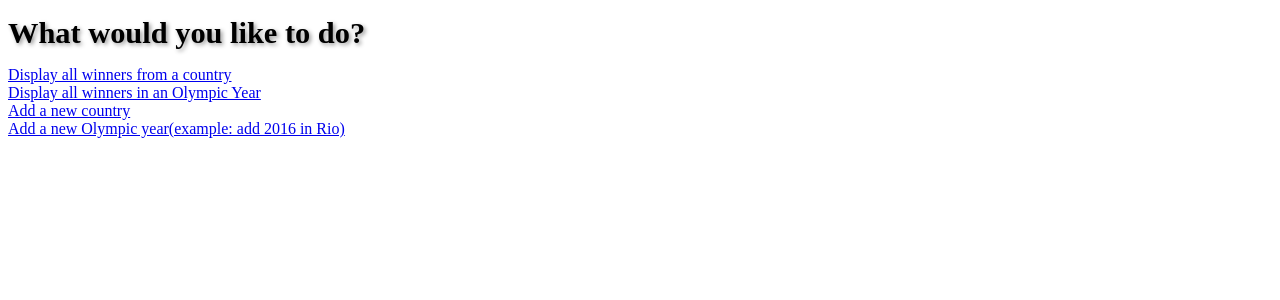
Repository: dudleydalton/Midterm
Page: http://localhost/
The author's editor kept a record of every edit. The page is drawn from the files as they stood at one moment, then again after the next edit.
The browser window is 1280 px wide. The pictures show the whole page.
The page is run by PHP 8.4 with error messages shown; the project is at /var/www/html/. Queries for data that is not in the repository find no rows.

Above is the page before.

### index.php
<!DOCTYPE html>
<html>
    <head>
        <title>Midterm</title>
        <link rel="stylesheet" type="text/css" href="main.css" />
    </head>
<body>
<?php
    $servername = "localhost";
    $username = 'siteuser';
    $password = 'mypass';
    $dbname="Olympics";

    //create connection
    $conn = new mysqli($servername, $username, $password, $dbname);

    //check connection
    if ($conn->connect_error) {
     die("Connection failed: " . $conn->connect_error);
    }

    //create the query to get the categories
    $query = "SELECT semester FROM course";
    $result = $conn->query($query);

    //Create dropdown list
    ?>
    <h2>What would you like to do?</h2>
    <a href="DisplayCountryWinners.php">Display all winners from a country</a>
    <br>
    <a href="DisplayWinnersYear.php">Display all winners in an Olympic Year</a>
    <br>
    <a href="AddCountry.php">Add a new country</a></option>
    <br>
    <a href="AddYear.php">Add a new Olympic year(example: add 2016 in Rio)</a>
    <br>
        <?php


        if(isset($_POST['semesterChosen']))
        {
        $semesterChosen = $_POST['semesterChosen'];
        $subjectChosen = $_POST['subjectChosen'];

        //dont have to specify which table every time
        //$query = "SELECT * FROM course
        //WHERE course.semester = '$semesterChosen'
        //AND coursesubject ='$subjectChosen'";

        //retrieve all classes
        $query = "SELECT * FROM course
        WHERE semester = '$semesterChosen'
        AND subject ='$subjectChosen'";
        $classes = $conn->query($query);

        //retrieve all instructors
        $query = "SELECT * FROM instructor";
        $instructors = $conn->query($query);

        //retrieve all rooms
        $query = "SELECT * FROM room";
        $rooms = $conn->query($query);

        //retrieve all schedules
        $query = "SELECT * FROM schedule";
        $schedule = $conn->query($query);

        echo "<br>";

        ?>
            <?php

            if ($classes->num_rows > 0) {
                // output data of each row
                while($row = $classes->fetch_assoc() and $row2 = $instructors->fetch_assoc() and $row3 = $rooms->fetch_assoc() and $row4 = $schedule->fetch_assoc()) {
                    ?>
                    <table>
                    <tr>
                        <td colspan='7' id="tdfirst"><?php echo $row["subject"]. " ".$row["courseNum"]; ?></td>
                    </tr>
                    <tr>
                        <td id="td1" colspan='7'><?php echo $row["courseName"]; ?> </td>
                    </tr>
                    <tr>
                        <td id="td1" colspan='7'><?php echo "Credits: 3"; ?></td>
                    </tr>
                    <tr>
                        <td id ="td2" colspan='7'><?php echo $row["description"]; ?> </td>
                    </tr>
                    <tr>
                        <th>CRN</th>
                        <th>Section</th>
                        <th>Day</th>
                        <th>Time</th>
                        <th>Location</th>
                        <th>Instructor</th>
                        <th>Begin/End <br> Dates</th>

                    </tr>
                    <tr>
                        <th><?php echo $row["CRN"]; ?></th>
                        <td><?php echo $row["sectionID"]; ?></td>



                        <?php
                        //Print the days and start and end time
                        $CRNCheck = $row["CRN"];
                        //$newquery = "SELECT schedule.* FROM schedule WHERE schedule.courseScheduleID = '$CRNCheck'";
                        $newquery = "SELECT * FROM schedule WHERE schedule.courseScheduleID = '$CRNCheck'";
                        $result = $conn->query($newquery);
                        $row7 = $result->fetch_assoc();
                        ?>
                        <td><?php echo $row7["days"]?></td>

                        <td><?php echo $row7["startTime"]. " - " . $row7["endTime"]; ?></td>

                        <?php
                        //Print the room number and building
                        $check = $row["courseNum"];
                        //$newquery = "SELECT room.* FROM room WHERE room.courseRoom = '$check'";
                        $newquery = "SELECT * FROM room WHERE room.courseRoom = '$check'";
                        $result = $conn->query($newquery);
                        $row5 = $result->fetch_assoc();
                        ?>
                        <td><?php echo $row5["building"]. "-" . $row5["roomNum"]; ?></td>

                        <?php
                        //Print the instructor and the start and end date
                        //$newquery = "SELECT instructor.* FROM instructor WHERE instructor.classTaught = '$check'";
                        $newquery = "SELECT * FROM instructor WHERE instructor.classTaught = '$check'";
                        $result = $conn->query($newquery);
                        $row6 = $result->fetch_assoc();
                        ?>
                        <td><?php echo $row6["lastName"]. ", " . $row6["firstName"]. "<br>" .$row6["initial"]; ?></td>
                        <td><?php echo $row7["startDate"]. " - " . $row7["endDate"]; ?></td>
                    </tr>
                    </table>
                    <?php
                    echo "<br>" . "<br>" . "<br>";
                }
                }else {
                    echo "There is no classes for that subject on the selected semester.";
            }
        }
$conn->close();
?>
</body>
</html>

### main.css
table {
    border: 1px solid black;
    border-collapse: collapse;
}


th {
    border: 1px solid black;
    padding: .2em .5em .2em .5em;
    vertical-align: top;
    color: black;
    text-align: center;
    vertical-align: middle;
    font-size: 110%;
}
td {
    border: 1px solid black;
    padding: .2em .5em .2em .5em;
    vertical-align: middle;
    text-align: center;
}
h2 {
    font-size: 190%;
    margin: 0;
    padding: .25em 0 .5em;
    text-shadow: 2px 2px 4px #999999;
}

#td1 {
    font-weight: bold;
    text-align: left;
    padding: .2em .5em .2em .5em;
}

#td2 {
    text-align: left;
    padding: .2em .5em .2em .5em;
}
tr:nth-child(odd) {
    background: gray;
}

#tdfirst {
    font-size: 130%;
    font-weight: bold;
    text-align: left;
    vertical-align: middle;
    padding: .8em .5em .8em .5em;
}

After the next edit:
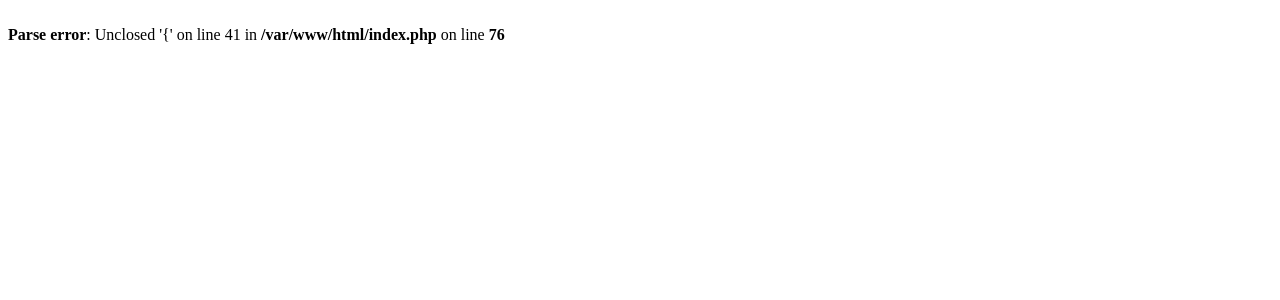
The edit:
--- a/index.php
+++ b/index.php
@@ -68,80 +68,7 @@
         echo "<br>";
 
         ?>
-            <?php
 
-            if ($classes->num_rows > 0) {
-                // output data of each row
-                while($row = $classes->fetch_assoc() and $row2 = $instructors->fetch_assoc() and $row3 = $rooms->fetch_assoc() and $row4 = $schedule->fetch_assoc()) {
-                    ?>
-                    <table>
-                    <tr>
-                        <td colspan='7' id="tdfirst"><?php echo $row["subject"]. " ".$row["courseNum"]; ?></td>
-                    </tr>
-                    <tr>
-                        <td id="td1" colspan='7'><?php echo $row["courseName"]; ?> </td>
-                    </tr>
-                    <tr>
-                        <td id="td1" colspan='7'><?php echo "Credits: 3"; ?></td>
-                    </tr>
-                    <tr>
-                        <td id ="td2" colspan='7'><?php echo $row["description"]; ?> </td>
-                    </tr>
-                    <tr>
-                        <th>CRN</th>
-                        <th>Section</th>
-                        <th>Day</th>
-                        <th>Time</th>
-                        <th>Location</th>
-                        <th>Instructor</th>
-                        <th>Begin/End <br> Dates</th>
-
-                    </tr>
-                    <tr>
-                        <th><?php echo $row["CRN"]; ?></th>
-                        <td><?php echo $row["sectionID"]; ?></td>
-
-
-
-                        <?php
-                        //Print the days and start and end time
-                        $CRNCheck = $row["CRN"];
-                        //$newquery = "SELECT schedule.* FROM schedule WHERE schedule.courseScheduleID = '$CRNCheck'";
-                        $newquery = "SELECT * FROM schedule WHERE schedule.courseScheduleID = '$CRNCheck'";
-                        $result = $conn->query($newquery);
-                        $row7 = $result->fetch_assoc();
-                        ?>
-                        <td><?php echo $row7["days"]?></td>
-
-                        <td><?php echo $row7["startTime"]. " - " . $row7["endTime"]; ?></td>
-
-                        <?php
-                        //Print the room number and building
-                        $check = $row["courseNum"];
-                        //$newquery = "SELECT room.* FROM room WHERE room.courseRoom = '$check'";
-                        $newquery = "SELECT * FROM room WHERE room.courseRoom = '$check'";
-                        $result = $conn->query($newquery);
-                        $row5 = $result->fetch_assoc();
-                        ?>
-                        <td><?php echo $row5["building"]. "-" . $row5["roomNum"]; ?></td>
-
-                        <?php
-                        //Print the instructor and the start and end date
-                        //$newquery = "SELECT instructor.* FROM instructor WHERE instructor.classTaught = '$check'";
-                        $newquery = "SELECT * FROM instructor WHERE instructor.classTaught = '$check'";
-                        $result = $conn->query($newquery);
-                        $row6 = $result->fetch_assoc();
-                        ?>
-                        <td><?php echo $row6["lastName"]. ", " . $row6["firstName"]. "<br>" .$row6["initial"]; ?></td>
-                        <td><?php echo $row7["startDate"]. " - " . $row7["endDate"]; ?></td>
-                    </tr>
-                    </table>
-                    <?php
-                    echo "<br>" . "<br>" . "<br>";
-                }
-                }else {
-                    echo "There is no classes for that subject on the selected semester.";
-            }
         }
 $conn->close();
 ?>

After the edit that followed:
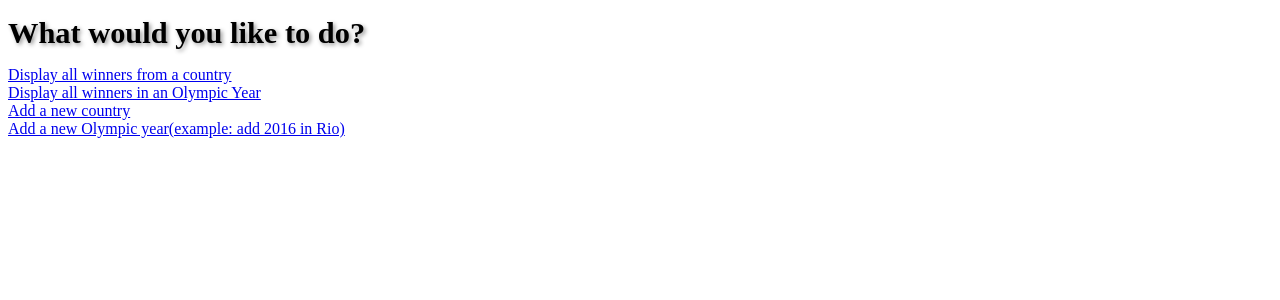
The edit:
--- a/index.php
+++ b/index.php
@@ -34,42 +34,7 @@
     <br>
     <a href="AddYear.php">Add a new Olympic year(example: add 2016 in Rio)</a>
     <br>
-        <?php
-
-
-        if(isset($_POST['semesterChosen']))
-        {
-        $semesterChosen = $_POST['semesterChosen'];
-        $subjectChosen = $_POST['subjectChosen'];
-
-        //dont have to specify which table every time
-        //$query = "SELECT * FROM course
-        //WHERE course.semester = '$semesterChosen'
-        //AND coursesubject ='$subjectChosen'";
-
-        //retrieve all classes
-        $query = "SELECT * FROM course
-        WHERE semester = '$semesterChosen'
-        AND subject ='$subjectChosen'";
-        $classes = $conn->query($query);
-
-        //retrieve all instructors
-        $query = "SELECT * FROM instructor";
-        $instructors = $conn->query($query);
-
-        //retrieve all rooms
-        $query = "SELECT * FROM room";
-        $rooms = $conn->query($query);
-
-        //retrieve all schedules
-        $query = "SELECT * FROM schedule";
-        $schedule = $conn->query($query);
-
-        echo "<br>";
-
-        ?>
-
-        }
+<?php
 $conn->close();
 ?>
 </body>
